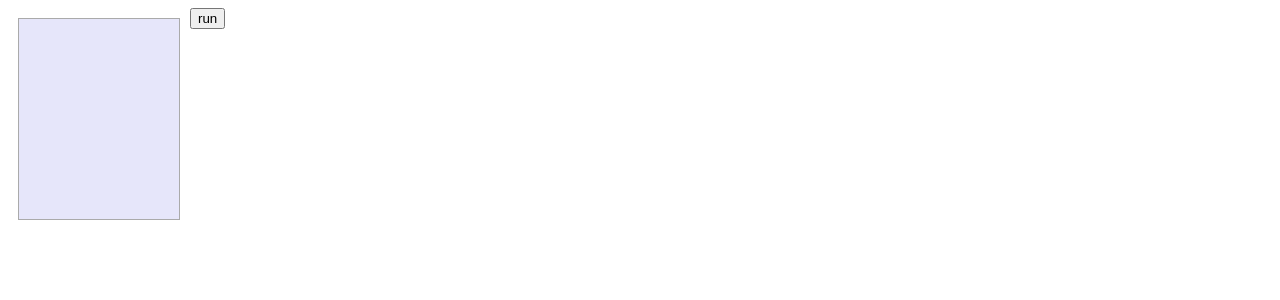
Repository: silenttemplar/java_start_project
Page: hansung_ee_2014/hansung_jquery_exercise/WebContent/11. Empty elements.html
An editor plug-in stored every save of this project. The page is shown before and after the next save, followed by the edit.
The browser window is 1280 px wide. The pictures show the whole page.
After loading, the first visible `input` was clicked once.

Above is the page before, as saved 2014-08-27 08:22:34.

### hansung_ee_2014/hansung_jquery_exercise/WebContent/11. Empty elements.html
<html>
<head>
<title>Empty elements</title>
<script src="./jquery-2.1.0.min.js"></script>
<script type="text/javascript">
	/**
	 * 대상 : div
	 * 기능 : child 요소 전체 제거
	 * 함수 : empty() or children(), remove(), text()
	 */
	function run() {
			//$("#target > .child").remove();
			$("#target").empty();
	}
</script>

</head>

<body>
	<div id="target"
		style="color: rgb(68, 68, 68); width: 150px; height: 190px; float: left; border: 1px solid rgb(170, 170, 170); background-color: rgb(230, 230, 250); margin: 10px; padding: 5px; background-position: initial initial; background-repeat: initial initial;">
		#target<br>
		<br>
		<div class="child"
			style="background-color: rgb(192, 192, 192); border: 1px solid rgb(136, 136, 136); width: 60px; margin: 2px; background-position: initial initial; background-repeat: initial initial;">.child</div>
		<div class="child"
			style="background-color: rgb(192, 192, 192); border: 1px solid rgb(136, 136, 136); width: 60px; margin: 2px; background-position: initial initial; background-repeat: initial initial;">.child</div>
		<div class="child"
			style="background-color: rgb(192, 192, 192); border: 1px solid rgb(136, 136, 136); width: 60px; margin: 2px; background-position: initial initial; background-repeat: initial initial;">.child</div>
		<div class="child"
			style="background-color: rgb(192, 192, 192); border: 1px solid rgb(136, 136, 136); width: 60px; margin: 2px; background-position: initial initial; background-repeat: initial initial;">.child</div>
		<div class="child"
			style="background-color: rgb(192, 192, 192); border: 1px solid rgb(136, 136, 136); width: 60px; margin: 2px; background-position: initial initial; background-repeat: initial initial;">.child</div>
		<br>message1<br>message2
	</div>
	<input type="button" value="run" onclick="run()" />
</body>
</html>

Loaded but not shown: hansung_ee_2014/hansung_jquery_exercise/WebContent/jquery-2.1.0.min.js (library)

After the next save:
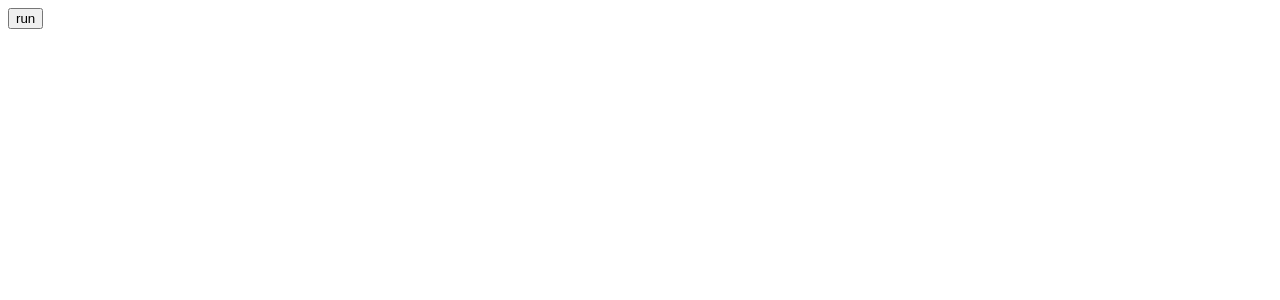
Saved 11 s later.
--- a/hansung_ee_2014/hansung_jquery_exercise/WebContent/11. Empty elements.html
+++ b/hansung_ee_2014/hansung_jquery_exercise/WebContent/11. Empty elements.html
@@ -9,8 +9,8 @@
 	 * 함수 : empty() or children(), remove(), text()
 	 */
 	function run() {
-			//$("#target > .child").remove();
-			$("#target").empty();
+			$("#target").remove();
+			//$("#target").empty();
 	}
 </script>
 

After the save that followed:
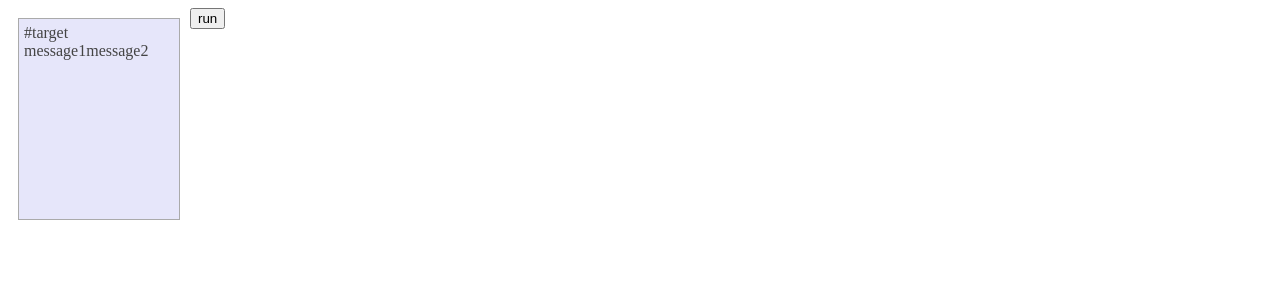
Saved 28 s later.
--- a/hansung_ee_2014/hansung_jquery_exercise/WebContent/11. Empty elements.html
+++ b/hansung_ee_2014/hansung_jquery_exercise/WebContent/11. Empty elements.html
@@ -9,8 +9,9 @@
 	 * 함수 : empty() or children(), remove(), text()
 	 */
 	function run() {
-			$("#target").remove();
+			//$("#target").remove();
 			//$("#target").empty();
+		$("#target").children().remove();
 	}
 </script>
 
